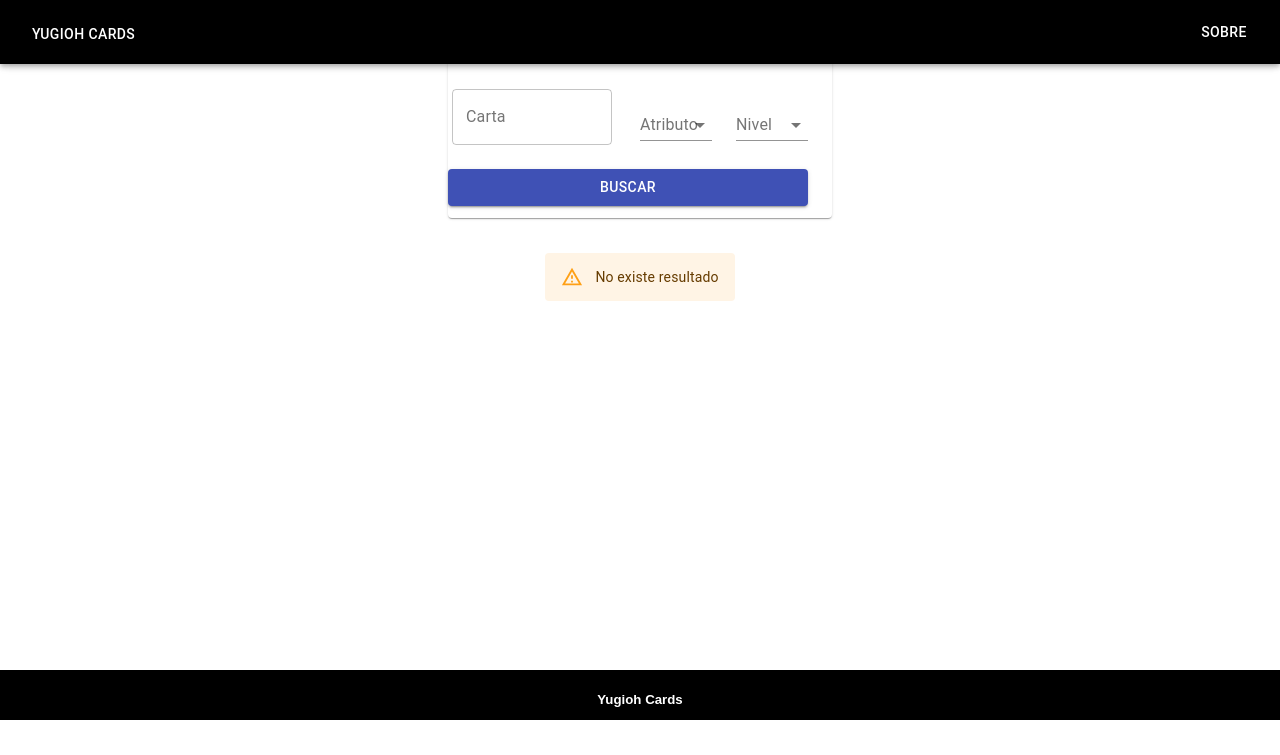
Repository: Skorfate/yugiohCard
Page: /
The author's editor kept a copy of each file at every save. The page is drawn from the files as they stood at one save, then again after the next save.
The browser window is 1280 px wide. The pictures show the whole page.
The project was rebuilt for these pictures with package versions that can differ from the ones it lists, and the page was loaded fresh each time. Also part of the build but not shown: webpack.config.js, src/App.css, src/components/header/header.style.scss.

Above is the page before, as saved 2021-07-19 22:21:21.

### src/index.jsx
import React from 'react';
import ReactDOM from 'react-dom';
import './index.css';
import App from './App';
import "core-js/stable";
import "regenerator-runtime/runtime";

ReactDOM.render(
  <App />,
  document.getElementById('root')
);

### src/App.js
import logo from './logo.svg';
import './App.css';
import { HashRouter, Route, Switch, BrowserRouter } from 'react-router-dom';
import React, { lazy, Suspense } from "react";
import { CircularProgress } from '@material-ui/core';
import Header from './components/header/header.component';
import Footer from './components/footer/footer.component';

const Home = lazy(() => import('./page/Home/Home.page'));


const loading = (
    <div className="pt-3 text-center">
      <CircularProgress/>
    </div>
  )

function App() {
  return (
        <BrowserRouter>
        <Header/>
          <Suspense fallback={loading}>
              <Switch>
                    <Route exact path='/' component={Home}/>
              </Switch>
          </Suspense>
        <Footer/>
        </BrowserRouter>
  );
}

export default App;

### src/components/header/header.component.jsx

import React, { Component } from 'react'
import {Link} from 'react-router-dom'
import './header.style.scss';
import { AppBar, Button, IconButton, makeStyles, Toolbar, Typography } from '@material-ui/core';
import MenuIcon from '@material-ui/icons/Menu';


const useStyles = makeStyles((theme) => ({
    root: {
      flexGrow: 1,
    },
    menuButton: {
      marginRight: theme.spacing(2),
    },
    title: {
      flexGrow: 1,
    },
    appBar:{
        backgroundColor:'black',
        marginBottom: '5px',
    }
  }));


const Header = () => {
    const classes = useStyles();

    return (

        <AppBar position="sticky" className={classes.appBar}>
            <Toolbar>

                <Typography variant="h4" className={classes.title}>
                    <Button  color="inherit" href="/">
                        Yugioh Cards
                    </Button>
                </Typography>

                <Button  color="inherit" href="/sobre">Sobre</Button>
            </Toolbar>
            </AppBar>
    )

}

export default Header

### src/components/footer/footer.component.jsx
import React, { Component } from 'react'
import './footer.style.scss'

export class Footer extends Component {
    render() {
        return (
            <footer>
            <div>
                <h5>Yugioh Cards</h5>
            </div>
            </footer>
        )
    }
}

export default Footer

### src/page/Home/Home.page.jsx
import { CircularProgress, Grid } from '@material-ui/core';
import React, {useState } from 'react'
import { getCard } from './../../api/Yugioh.api';
import Buscador from '../../components/Buscador/Buscador.component';
import Card from '../../components/Card/Card.component';
import Box from '@material-ui/core/Box';
import NotFound from '../../components/notFound/notFound.component';
import useFetch from '../../components/FetchData/UseFetch.component';

const Home = () => {
    const [parametro, setParametro] = useState({})
    const { loading, cards} = useFetch(parametro);

    /*const buscarCarta = async (parametro) => {
        if(!parametro.params.level && !parametro.params.attribute && !parametro.params.name)
            return;
        setLoading(true);
        console.log(parametro);
        const data = await getCard(parametro);
        console.log(data);
        setCards(data);
        setLoading(false);
    }*/

    return (
            <Grid container  justify="center" alignItems="center"  direction="column">
                    <Buscador setParametro={setParametro}/>
                    <Box m={4}>
                        {loading &&
                        <CircularProgress/>
                        }
                        {!loading &&
                            <Grid item spacing={ 3 }  xs={12} sm={12} md={12} justify="center" style={{width: '100%'}}>
                                {cards.length === 0 &&
                                    <NotFound/>
                                }
                                <Card cards={cards} />
                            </Grid>
                        }
                    </Box>
            </Grid>
    )

}

export default Home

### src/components/footer/footer.style.scss
footer {
    text-align: center;
    font-family: sans-serif;
    background-color: black;
    color: #fff;
    width: 100%;
    height: 50px;
    position: absolute;
    bottom: 0;
  }

### src/api/Yugioh.api.js
import Client from './Client';

export const getCard = async (request) => await Client.get(`/v7/cardinfo.php`,request).then(res => res.data).catch(err => { console.error(err); return [];});

### src/components/Buscador/Buscador.component.jsx
import React, {useState} from 'react';
import clsx from 'clsx';
import TextField from '@material-ui/core/TextField';
import Autocomplete from '@material-ui/lab/Autocomplete';
import { attributes,level } from '../../constante/FiltroCarta.constante';
import InputLabel from '@material-ui/core/InputLabel';
import MenuItem from '@material-ui/core/MenuItem';
import Select from '@material-ui/core/Select';
import { makeStyles } from '@material-ui/core/styles';
import Paper from '@material-ui/core/Paper';
import Grid from '@material-ui/core/Grid';
import FormControl from '@material-ui/core/FormControl';
import { useEffect } from 'react';
import { Button } from '@material-ui/core';



const useStyles = makeStyles((theme) => ({
    root: {

    },
    paper: {
      padding: theme.spacing(2),
      textAlign: 'center',
      color: theme.palette.text.secondary,
    },
    noLabel: {
        marginTop: theme.spacing(3),
      },
    w100 : {
        width : '100% !important'
    }
  }));

const Buscador = ({setParametro}) =>  {
    const classes = useStyles();
    const [nombre, setNombre] = useState('');
    const [atributo, setAtributo] = useState();
    const [nivel, setNivel] = useState();

    const onChangeCard = (event) => {
        setNombre(event.target.value);
    }

    const onchageAtributo = (event) => {
       setAtributo(event.target.value);
    }
    const onchageNivel = (event) => {
        setNivel(event.target.value);
    }

    const buscar = () => {
        const parametro = { params : {
           name : nombre,
           attribute : atributo,
           level : nivel,
        }}

        if(!parametro.params.name)
            delete parametro.params.name;
        if(!parametro.params.attribute)
            delete parametro.params.attribute;
        if(!parametro.params.level)
            delete parametro.params.level;

        setParametro(parametro);
    }


    return (
        <div className={classes.root}>
            <Paper className="paper">
            <Grid container spacing={3} md={12} xs={12} alignItems="stretch">

                    <Grid container md={6} xs={6} className={classes.paper}>

                        <FormControl>
                            <TextField id="buscador"
                                            label="Carta"
                                            onChange={onChangeCard}
                                            margin="normal"
                                            variant="outlined"
                                        />

                        </FormControl>

                    </Grid>
                    <Grid item xs={3} md={3} className={classes.paper} >

                            <FormControl className={clsx(classes.formControl, classes.noLabel, classes.w100)}>
                                <InputLabel id="atribuLabel">Atributo</InputLabel>
                                <Select id="selectAtributo" onChange={onchageAtributo} className={classes.w100}>
                                    <MenuItem value={null}>
                                        <em>Seleccionar</em>
                                    </MenuItem>
                                    {attributes.map(item => (
                                        <MenuItem value={item.id}>{item.name}</MenuItem>
                                    ))}
                                </Select>
                            </FormControl>

                    </Grid>
                    <Grid item xs={3} md={3} className={classes.paper}>

                            <FormControl className={clsx(classes.formControl, classes.noLabel, classes.w100)}>
                                <InputLabel id="nivelLabel">Nivel</InputLabel>
                                <Select id="selectNivel" onChange={onchageNivel} className={classes.w100}>
                                    <MenuItem value={null}>
                                        <em>Seleccionar</em>
                                    </MenuItem>
                                    {level.map(item => (
                                        <MenuItem value={item.id}>{item.name}</MenuItem>
                                    ))}
                                </Select>
                            </FormControl>

                    </Grid>
            </Grid>
            <Grid container spacing={3} md={12} xs={12}>
                <Grid item xs={12} md={12} className={clsx(classes.paper)} >
                    <Button variant="contained" color="primary" className={classes.w100} onClick={buscar}>
                        Buscar
                    </Button>
                </Grid>
            </Grid>
            </Paper>
        </div>
    );
}

export default Buscador

### src/components/Card/Card.component.jsx
import React from 'react';
import Paper from '@material-ui/core/Paper';
import { makeStyles } from '@material-ui/core/styles';
import Grid from '@material-ui/core/Grid';
import ImageList from '@material-ui/core/ImageList';
import ImageListItem from '@material-ui/core/ImageListItem';
import ImageListItemBar from '@material-ui/core/ImageListItemBar';
import ListSubheader from '@material-ui/core/ListSubheader';
import IconButton from '@material-ui/core/IconButton';
import InfoIcon from '@material-ui/icons/Info';
import Box from '@material-ui/core/Box';


const useStyles = makeStyles((theme) => ({
    root: {
      display: 'flex',
      flexWrap: 'wrap',
      justifyContent: 'space-around',
      overflow: 'hidden',
      backgroundColor: theme.palette.background.paper,
    },
    imageList: {
      minWidth: 200,
      minHeight: 450,
      maxHeight: 1000,
    },
    icon: {
      color: 'rgba(255, 255, 255, 0.54)',
    },
  }));

const Card = ({cards = []}) => {

    const classes = useStyles();

    return (
        <Grid container spacing={3} md={12} xs={12} lg={12}>

                <ImageList rowHeight={246} className={classes.imageList}>
                    {cards.map((item) => (
                            <Grid item md={2} xs={2} className={classes.paper} style={{width: '100%', minWidth: '200px', marginBottom: 60}}>

                                    <ImageListItem key={item.id}>
                                        {item?.card_images && item.card_images.length > 0 &&
                                            <>
                                                <img src={item.card_images[0].image_url_small} alt={item.archetype}  style={{minWidth: '200px'}}/>
                                            </>
                                        }
                                        <ImageListItemBar
                                        title={item.archetype}
                                        subtitle={<span>{item.desc}</span>}
                                        actionIcon={
                                            <IconButton aria-label={`Atk: ${item.atk}/ Def: ${item.def}`} className={classes.icon} onClick={() => console.log(item)}>
                                                <InfoIcon/>
                                            </IconButton>
                                        }
                                        />
                                    </ImageListItem>

                            </Grid>

                    ))}
                </ImageList>

        </Grid>
    )
}


export default Card;

### src/components/notFound/notFound.component.jsx
import { Grid } from "@material-ui/core";
import { Alert } from "@material-ui/lab";
import React from "react";

const NotFound = () => {
  return (
    <div>
      <Grid item xs={12} sm={12} style={{marginTop: '15px'}}>
        <Alert severity="warning">No existe resultado</Alert>
      </Grid>
    </div>
  );
};

export default NotFound;

### src/components/FetchData/UseFetch.component.jsx
import React, { useState, useEffect } from 'react'
import { getCard } from '../../api/Yugioh.api';

const useFetch = (param) => {

    const [cards, setCards] = useState([]);
    const [loading, setLoading ] = useState(false);

    const buscarCarta = async (parametro) => {
        if(!parametro?.params?.level && !parametro?.params?.attribute && !parametro?.params?.name)
            return;
        setLoading(true);
        console.log(parametro);
        const data = await getCard(parametro);
        console.log(data);
        setCards(data);
        setLoading(false);
    }

    useEffect(() => {
        buscarCarta(param);
      }, [param]);

      return { cards, loading };
}

export default useFetch;

### src/api/Client.js
import axios from 'axios'


const Client = axios.create({

	baseURL: `https://db.ygoprodeck.com/api`,
	headers: {
		'Content-Type': 'application/json;charset=UTF-8',
	}

})

Client.interceptors.request.use(request => request);

Client.interceptors.response.use(response => response.data);

export default Client;

### src/constante/FiltroCarta.constante.js
export const level = [
    {
        id : 1,
        name : 1,
    },
    {
        id : 2,
        name : 2,
    },
    {
        id : 3,
        name : 3,
    },
    {
        id : 4,
        name : 4,
    },
    {
        id : 5,
        name : 5,
    },
    {
        id : 6,
        name : 6,
    },
    {
        id : 7,
        name : 7,
    },
    {
        id : 8,
        name : 8,
    },
    {
        id : 9,
        name : 9,
    },
    {
        id : 10,
        name : 10,
    },
    {
        id : 11,
        name : 11,
    },
    {
        id : 12,
        name : 12,
    },
]

export const attributes = [
    {
        id : 'dark',
        name : 'Dark',
    },
    {
        id : 'water',
        name : 'Water',
    },
    {
        id : 'wind',
        name : 'Wind',
    },
    {
        id : 'fire',
        name : 'Fire',
    },
    {
        id : 'light',
        name : 'Light',
    },
    {
        id : 'earth',
        name : 'Earth',
    },
    {
        id : 'divine',
        name : 'Divine',
    },
];

const cartasInsignias = [
    {
        id : 'dark magician',
        name : 'Dark Magician',
    },
    {
        id : 'blue eyes white dragon',
        name : 'blue eyes white dragon',
    },
    {
        id : 'black luster soldier',
        name : 'black luster soldier',
    }
]

Loaded but not shown: public/index.html (common file); src/index.css (common file)

After the next save:
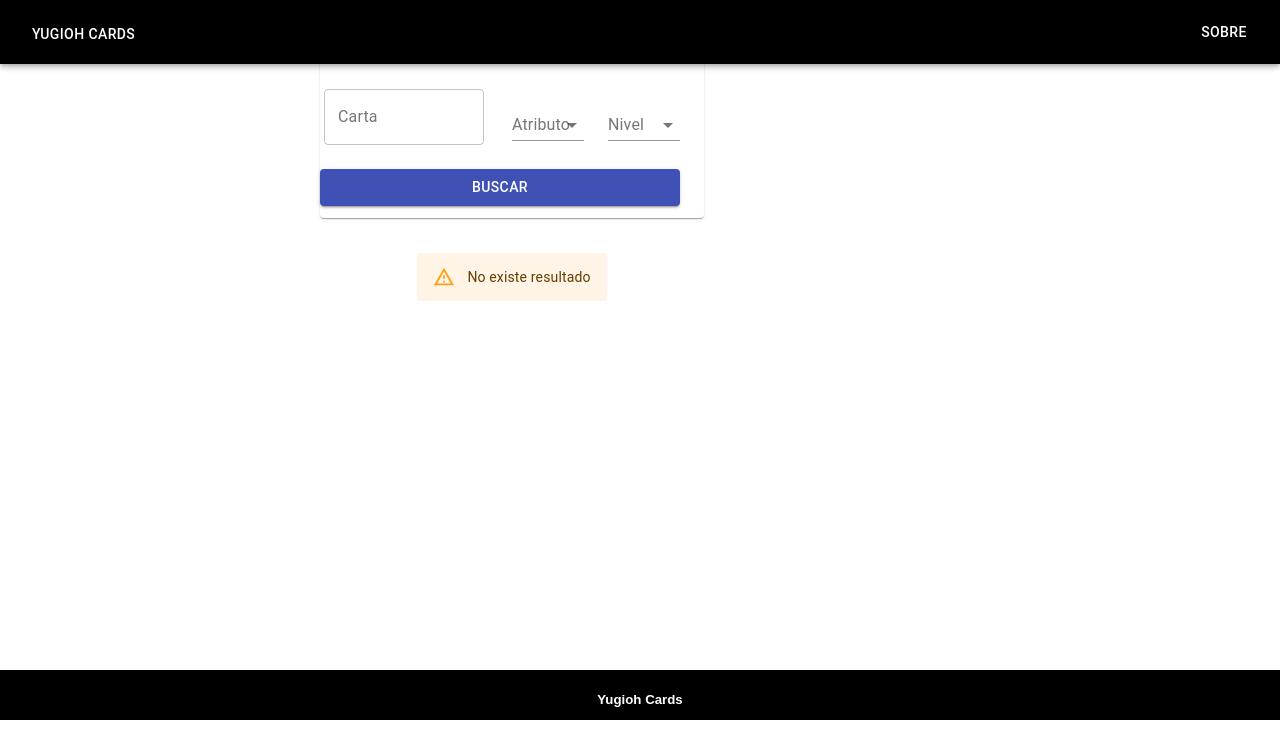
Saved 108 s later.
--- a/src/page/Home/Home.page.jsx
+++ b/src/page/Home/Home.page.jsx
@@ -23,7 +23,7 @@
     }*/
 
     return (
-            <Grid container  justify="center" alignItems="center"  direction="column">
+            <Grid container  justify="center" alignItems="center"  direction="column" style={{width: '80%'}}>
                     <Buscador setParametro={setParametro}/>
                     <Box m={4}>
                         {loading &&

After the save that followed:
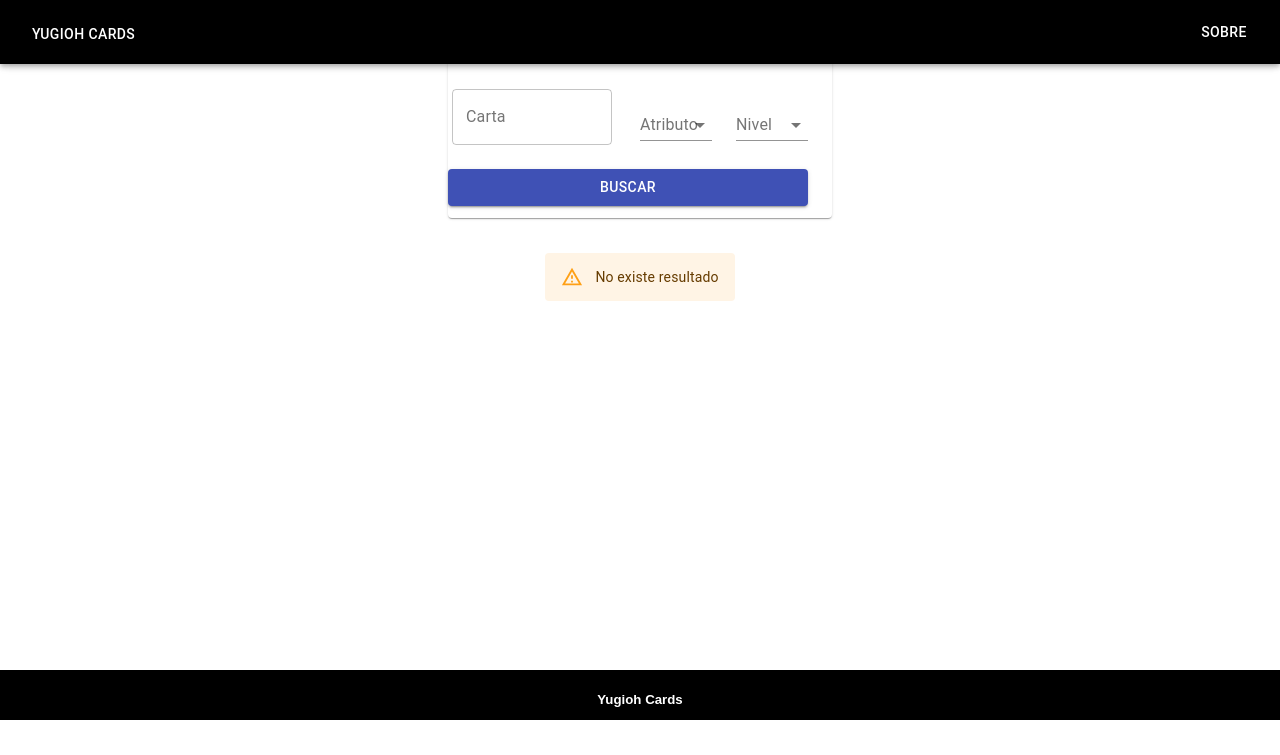
Saved 6 s later.
--- a/src/page/Home/Home.page.jsx
+++ b/src/page/Home/Home.page.jsx
@@ -23,7 +23,7 @@
     }*/
 
     return (
-            <Grid container  justify="center" alignItems="center"  direction="column" style={{width: '80%'}}>
+            <Grid container  justify="center" alignItems="center"  direction="column">
                     <Buscador setParametro={setParametro}/>
                     <Box m={4}>
                         {loading &&
